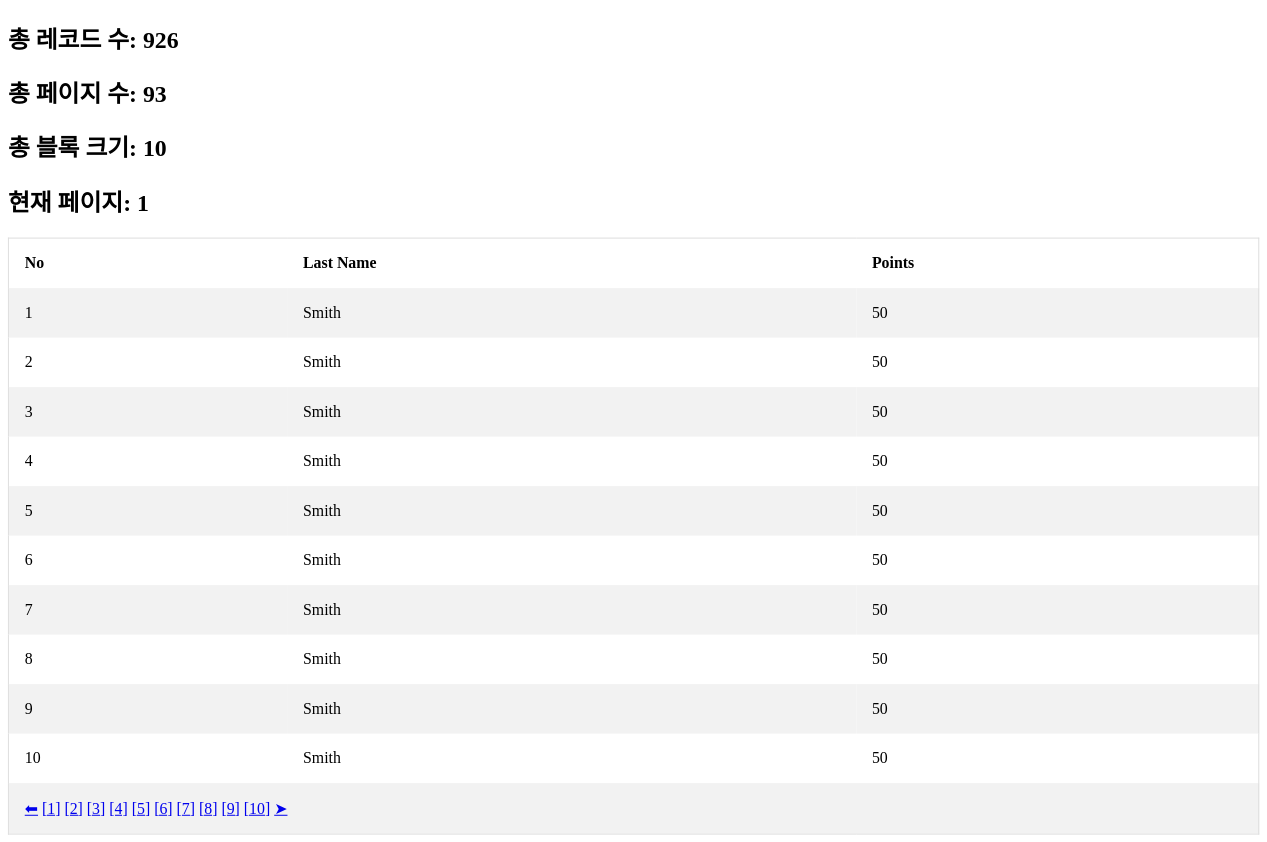
Repository: ABCchocolate/JSP_yooshin
Page: http://localhost/BoardApp/board/list.jsp?currentPage=1
An editor plug-in stored every save of this project. The page is shown before and after the next save, followed by the edit.
The browser window is 1280 px wide. The pictures show the whole page, at 99% of full size.
The page is served by Tomcat 9. Other server files are loaded and not shown.

Above is the page before, as saved 2025-07-02 08:14:26.

### BoardApp/src/main/webapp/board/list.jsp
<%@ page contentType="text/html; charset=utf-8" %>
<%
	int totalRecord = 926;
	int pageSize = 10;
	int currentPage = 1;

	String paramPage = request.getParameter("currentPage");
	if (paramPage != null) {
		currentPage = Integer.parseInt(paramPage);
	}

	int totalpage = (int)Math.ceil((float)totalRecord / pageSize);
	int blockSize = 10;
	int firstPage = 10*(currentPage/blockSize) + 1; //블럭당 시작페이지
	int lastPage = 10*(currentPage/blockSize) + 10; //블럭당 마지막페이
%>
<!DOCTYPE html>
<html>
<head>
<meta charset="utf-8">
<meta name="viewport" content="width=device-width, initial-scale=1">
<style>
table {
  border-collapse: collapse;
  width: 100%;
  border: 1px solid #ddd;
}
th, td {
  text-align: left;
  padding: 16px;
}
tr:nth-child(even) {
  background-color: #f2f2f2;
}
</style>
</head>
<body>

<h2>총 레코드 수: <%= totalRecord %></h2>
<h2>총 페이지 수: <%= totalpage %></h2>
<h2>총 블록 크기: <%= blockSize %></h2>
<h2>현재 페이지: <%= currentPage %></h2>

<table>
  <tr>
    <th>No</th>
    <th>Last Name</th>
    <th>Points</th>
  </tr>
  <% for(int i = 0; i < pageSize; i++) {
       int recordNo = (currentPage - 1) * pageSize + i + 1;
       if (recordNo > totalRecord) break;
  %>
  <tr>
    <td><%= recordNo %></td>
    <td>Smith</td>
    <td>50</td>
  </tr>
  <% } %>

  <tr>
  	<td colspan="3" align="center">
 	  <a href="?currentPage=<%= (currentPage > 1 ? currentPage - 1 : 1) %>">⬅</a>
  	  <%
  		int startPage = ((currentPage - 1) / blockSize) * blockSize + 1;
  		int endPage = startPage + blockSize - 1;
  		if (endPage > totalpage) endPage = totalpage;
  		for (int i = startPage; i <= endPage; i++) {
  	  %>
  	    <a href="?currentPage=<%= i %>">[<%= i %>]</a>
  	  <% } %>
  	  <a href="?currentPage=<%= (currentPage < totalpage ? currentPage + 1 : totalpage) %>">➤</a>
  	</td>
  </tr>
</table>

</body>
</html>

After the next save:
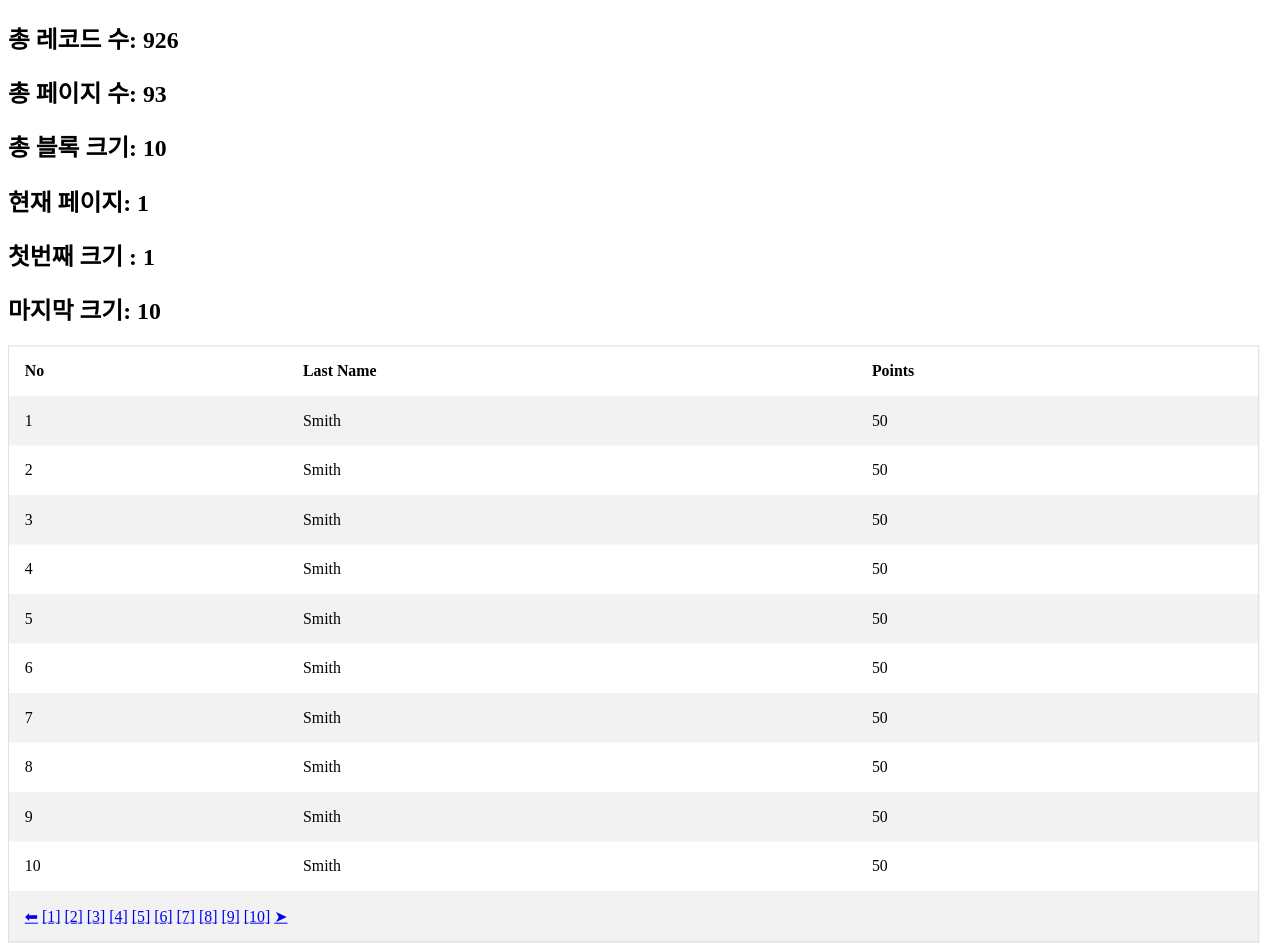
Saved 33 s later.
--- a/BoardApp/src/main/webapp/board/list.jsp
+++ b/BoardApp/src/main/webapp/board/list.jsp
@@ -40,6 +40,8 @@ tr:nth-child(even) {
 <h2>총 페이지 수: <%= totalpage %></h2>
 <h2>총 블록 크기: <%= blockSize %></h2>
 <h2>현재 페이지: <%= currentPage %></h2>
+<h2>첫번째 크기 : <%= firstPage %></h2>
+<h2>마지막 크기: <%= lastPage %></h2>
 
 <table>
   <tr>
